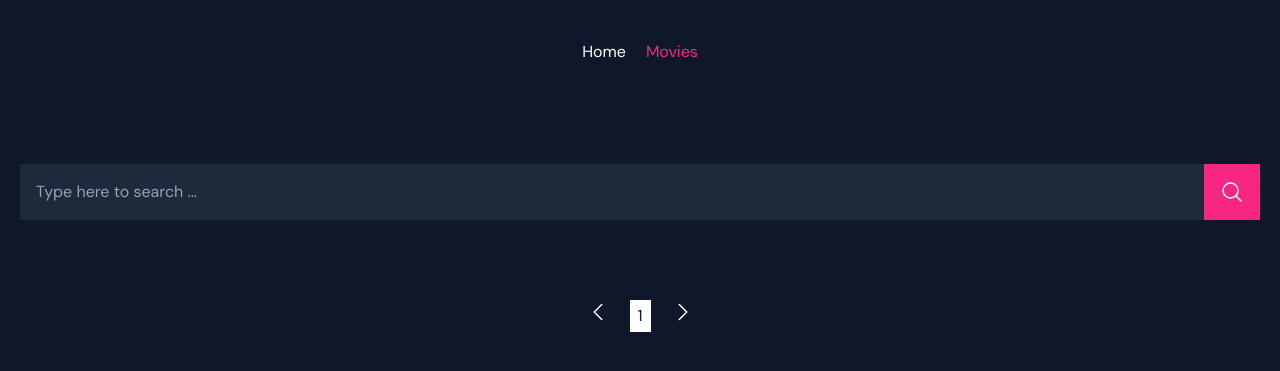
Repository: phamthiendong/project
Page: /movies
These files come from the project's save history. The page is drawn as it stood at one moment and after the next save; the edit follows.
The browser window is 1280 px wide. The pictures show the whole page.
The page's requests for data from a server got no answer. The project was rebuilt for these pictures with package versions that can differ from the ones it lists, and the page was loaded fresh each time. No one was signed in, and anything a server would have sent is missing. Also part of the build but not shown: vite.config.js, src/components/movie/MovieCard.jsx, src/components/movie/MovieList.jsx, src/pages/Homepage.jsx, src/components/banner/Banner.jsx, src/pages/MovieDetaills.jsx.

Above is the page before, as saved 2025-03-24 15:42:10.

### index.html
<!DOCTYPE html>
<html lang="en">
  <head>
    <meta charset="UTF-8" />
    <link rel="icon" type="image/svg+xml" href="/vite.svg" />
    <meta name="viewport" content="width=device-width, initial-scale=1.0" />
    <title>Vite + React</title>
    <link rel="preconnect" href="https://fonts.googleapis.com" />
    <link rel="preconnect" href="https://fonts.gstatic.com" crossorigin />
    <link
      href="https://fonts.googleapis.com/css2?family=DM+Sans:ital,opsz,wght@0,9..40,100..1000;1,9..40,100..1000&family=Poppins:ital,wght@0,100;0,200;0,300;0,400;0,500;0,600;0,700;0,800;0,900;1,100;1,200;1,300;1,400;1,500;1,600;1,700;1,800;1,900&display=swap"
      rel="stylesheet"
    />
  </head>
  <body>
    <div id="root"></div>
    <script type="module" src="/src/main.jsx"></script>
  </body>
</html>

### src/index.css
@tailwind base;
@tailwind components;
@tailwind utilities;

@layer base {
  body {
    @apply bg-slate-900 font-body px-5 text-white;
  }
}
@layer components {
  .page-container {
    max-width: 1240px;
    @apply mx-auto;
  }
  .movie-list .swiper-slide {
    width: 300px;
    height: auto;
  }
  .banner .swiper {
    height: 100%;
  }
}

### src/App.jsx
import React, { Fragment } from "react";
import { BrowserRouter as Router, Routes, Route } from "react-router-dom";
import "swiper/css";
import Main from "./components/layout/Main";
import Homepage from "./pages/Homepage";
import Banner from "./components/banner/Banner";
import MoviePage from "./pages/MoviePage";
import MovieDetaills from "./pages/MovieDetaills";

const App = () => {
  return (
    <Fragment>
      <Routes>
        <Route element={<Main></Main>}>
          <Route
            path="/"
            element={
              <>
                <Banner></Banner>
                <Homepage></Homepage>
              </>
            }
          ></Route>
          <Route path="/movies" element={<MoviePage></MoviePage>}></Route>
          <Route
            path="/movie/:movieId"
            element={<MovieDetaills></MovieDetaills>}
          ></Route>
        </Route>
      </Routes>
    </Fragment>
  );
};

export default App;

### src/components/layout/Main.jsx
import React, { Fragment } from "react";
import Header from "./Header";
import { Outlet } from "react-router-dom";
const Main = () => {
  return (
    <Fragment>
      <Header></Header>
      <Outlet></Outlet>
    </Fragment>
  );
};

export default Main;

### src/pages/MoviePage.jsx
import React, { useEffect, useState } from "react";
import MovieList from "../components/movie/MovieList";
import useSWR from "swr";
import { fetcher } from "../config";
import MovieCard from "../components/movie/MovieCard";
import useDebounce from "../hooks/usedDebounce";

const MoviePage = () => {
  const [filter, setFilter] = useState("");
  const [url, setUrl] = useState(
    "https://api.themoviedb.org/3/movie/popular?api_key=37fa4c4e0c159453a9cf8da9617d490e"
  );
  const filterDebounce = useDebounce(filter, 500);
  const handleFilterChange = (e) => {
    setFilter(e.target.value);
  };
  const { data, error, isLoading } = useSWR(url, fetcher);
  const loading = !data && !error;
  useEffect(() => {
    if (filterDebounce) {
      setUrl(
        `https://api.themoviedb.org/3/search/movie?api_key=37fa4c4e0c159453a9cf8da9617d490e&query=${filterDebounce}`
      );
    } else {
      setUrl(
        "https://api.themoviedb.org/3/movie/popular?api_key=37fa4c4e0c159453a9cf8da9617d490e"
      );
    }
  }, [filterDebounce]);
  const movies = data?.results || [];

  return (
    <div className="py-10 page-container">
      <div className="flex mb-10">
        <div className="flex-1">
          <input
            type="text"
            className="w-full p-4 bg-slate-800 text-white outline-none"
            placeholder="Type here to search ..."
            onChange={handleFilterChange}
          />
        </div>
        <button className="p-4 bg-primaty text-white">
          <svg
            xmlns="http://www.w3.org/2000/svg"
            fill="none"
            viewBox="0 0 24 24"
            strokeWidth="1.5"
            stroke="currentColor"
            className="size-6"
          >
            <path
              strokeLinecap="round"
              strokeLinejoin="round"
              d="m21 21-5.197-5.197m0 0A7.5 7.5 0 1 0 5.196 5.196a7.5 7.5 0 0 0 10.607 10.607Z"
            />
          </svg>
        </button>
      </div>
      {loading && (
        <div className="w-10 h-10 rounded-full border-4 border-primaty border-t-4 mx-auto animate-spin"></div>
      )}
      {!loading && (
        <div className="grid grid-cols-4 gap-10">
          {movies.length > 0 &&
            movies.map((item) => (
              <MovieCard key={item.id} item={item}></MovieCard>
            ))}
        </div>
      )}
      <div className="flex item-center justify-center mt-10 gap-x-5">
        <span>
          <svg
            xmlns="http://www.w3.org/2000/svg"
            fill="none"
            viewBox="0 0 24 24"
            stroke-width="1.5"
            stroke="currentColor"
            class="size-6"
          >
            <path
              stroke-linecap="round"
              stroke-linejoin="round"
              d="M15.75 19.5 8.25 12l7.5-7.5"
            />
          </svg>
        </span>
        <span className="cursor-pointer bg-white leading-none text-slate-900 inline-block p-2">
          1
        </span>
        <span>
          <svg
            xmlns="http://www.w3.org/2000/svg"
            fill="none"
            viewBox="0 0 24 24"
            stroke-width="1.5"
            stroke="currentColor"
            class="size-6"
          >
            <path
              stroke-linecap="round"
              stroke-linejoin="round"
              d="m8.25 4.5 7.5 7.5-7.5 7.5"
            />
          </svg>
        </span>
      </div>
    </div>
  );
};

export default MoviePage;

### src/components/layout/Header.jsx
import React from "react";
import { NavLink } from "react-router-dom";
const Header = () => {
  return (
    <header className="header flex items-center justify-center gap-x-5 text-white py-10 mb-5">
      <NavLink
        to="/"
        className={({ isActive }) => (isActive ? "text-primaty" : "")}
      >
        Home
      </NavLink>
      <NavLink
        to="/movies"
        className={({ isActive }) => (isActive ? "text-primaty" : "")}
      >
        Movies
      </NavLink>
    </header>
  );
};

export default Header;

### src/config.jsx
export const fetcher = (...args) => fetch(...args).then((res) => res.json());

export const apiKey = "37fa4c4e0c159453a9cf8da9617d490e";

### src/hooks/usedDebounce.jsx
import { useEffect, useState } from "react";

export default function useDebounce(initializeValue = "", delay = 1000) {
  const [debounceValue, setDebounceValue] = useState(initializeValue);
  useEffect(() => {
    const timer = setTimeout(() => {
      setDebounceValue(initializeValue);
    }, delay);
    return () => {
      clearTimeout(timer);
    };
  }, [delay, initializeValue]);

  return debounceValue;
}
// import { useEffect, useState } from "react";

// export default function useDebounce(value = "", delay = 1000) {
//   const [debounceValue, setDebounceValue] = useState(value);

//   useEffect(() => {
//     const timer = setTimeout(() => {
//       setDebounceValue(value);
//     }, delay);

//     return () => {
//       clearTimeout(timer);
//     };
//   }, [value, delay]); // Thay vì initializeValue, sử dụng value

//   return debounceValue;
// }

### tailwind.config.js
/** @type {import('tailwindcss').Config} */
export default {
  content: ["./index.html", "./src/**/*.{js,ts,jsx,tsx}"],
  theme: {
    extend: {
      fontFamily: {
        body: ["DM Sans", "sans-serif"],
      },
      colors: {
        primaty: "#F62682",
        secondary: "#6f5cf1",
      },
    },
  },
  plugins: [],
};

Loaded but not shown: src/main.jsx (common file)

After the next save:
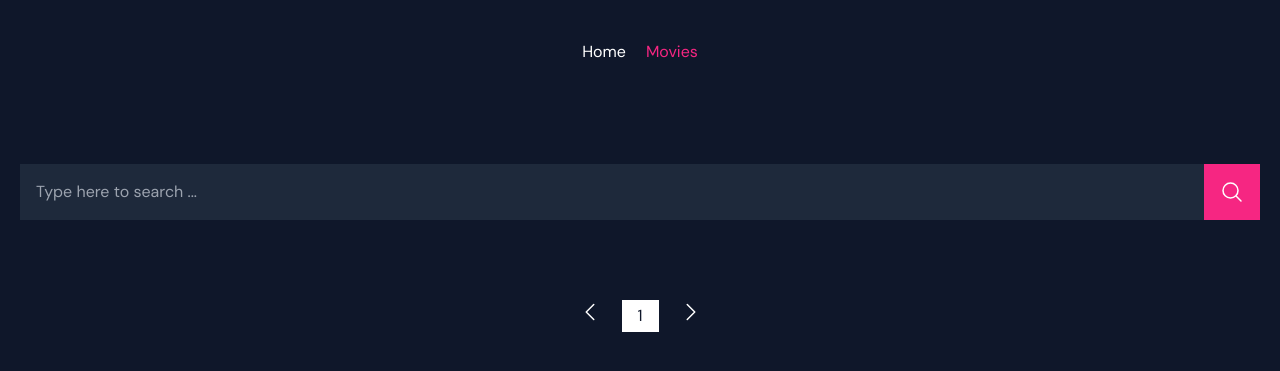
Saved 23 s later.
--- a/src/pages/MoviePage.jsx
+++ b/src/pages/MoviePage.jsx
@@ -85,7 +85,10 @@ const MoviePage = () => {
             />
           </svg>
         </span>
-        <span className="cursor-pointer bg-white leading-none text-slate-900 inline-block p-2">
+        <span
+          className="cursor-pointer bg-white leading-none text-slate-900
+         inline-block py-2 px-4"
+        >
           1
         </span>
         <span>
